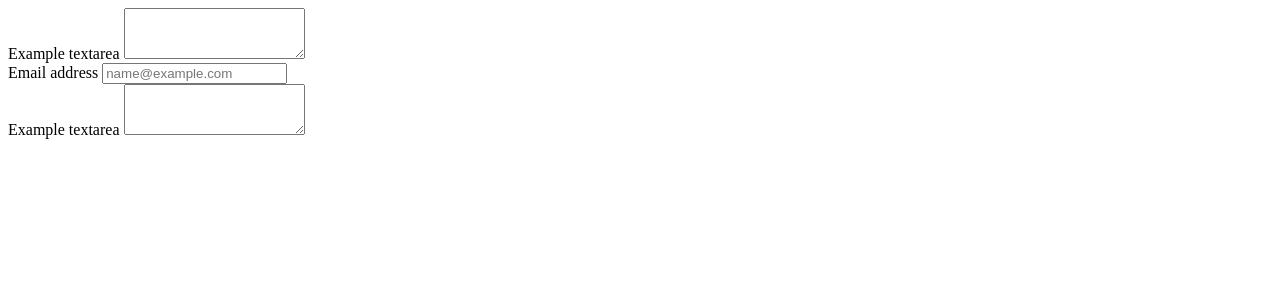
Repository: piemontc/dd-pharmacy
Page: public/pages/contact.html
The author's editor kept a record of every edit. The page is drawn from the files as they stood at one moment, then again after the next edit.
The browser window is 1280 px wide. The pictures show the whole page.

Above is the page before.

After the next edit:
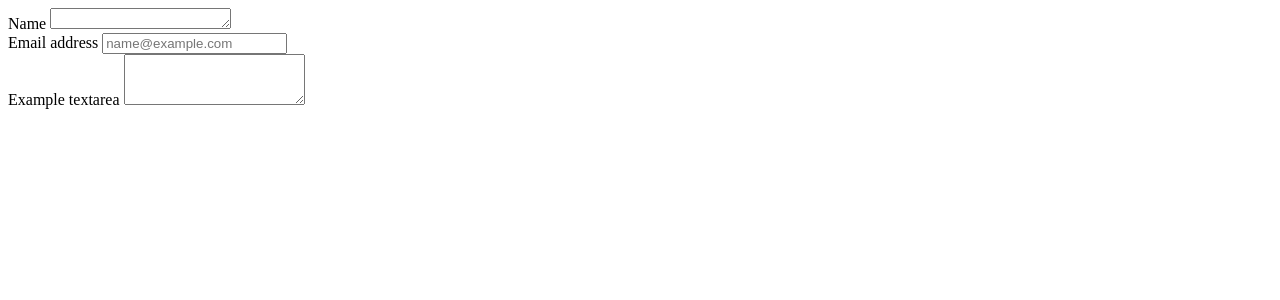
The edit:
--- a/public/pages/contact.html
+++ b/public/pages/contact.html
@@ -2,8 +2,8 @@
 
     <form>
         <div class="form-group">
-            <label for="exampleFormControlTextarea1">Example textarea</label>
-            <textarea class="form-control" id="exampleFormControlTextarea1" rows="3"></textarea>
+            <label for="name">Name</label>
+            <textarea class="form-control" id="name" rows="1"></textarea>
         </div>
          <div class="form-group">
             <label for="exampleFormControlInput1">Email address</label>
